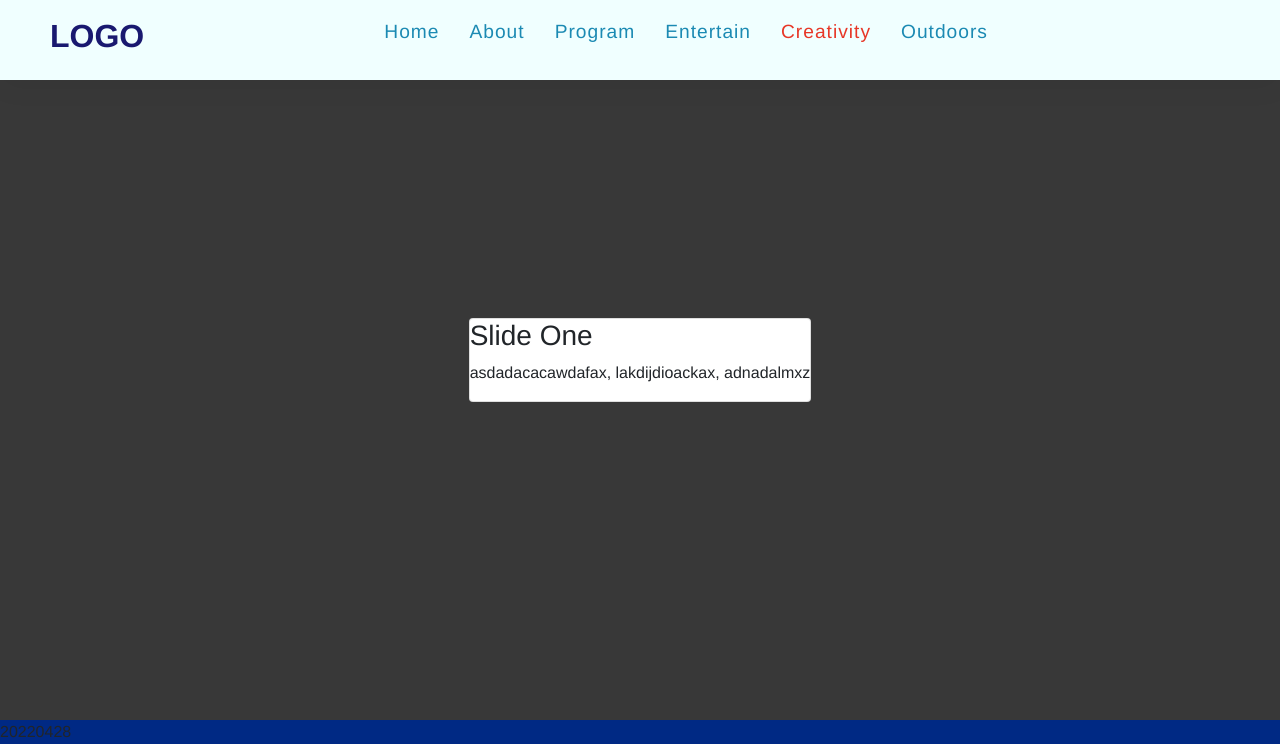
Repository: KevinYu0515/DeadByDaylight-custom-wiki
Page: /creativity
The author's editor kept a copy of each file at every save. The page is drawn from the files as they stood at one save, then again after a run of saves.
The browser window is 1280 px wide. The pictures show the whole page.
Some web libraries are served in a nearby version. The project was rebuilt for these pictures with package versions that can differ from the ones it lists, and the page was loaded fresh each time. Also part of the build but not shown: vite.config.js, vue.config.js, src/views/Home.vue.

Above is the page before, as saved 2022-03-19 20:04:26.

### src/App.vue
<template>
  <div class="app">
    <Navbar></Navbar>
    <router-view />
    <Footer></Footer>
  </div>
</template>

<script>
import Navbar from "./components/Navbar.vue";
import Footer from "./components/Footer.vue";
export default {
  name: "App",
  components: {
    Navbar,
    Footer,
  },
};
</script>

<style>
@import url("https://fonts.googleapis.com/css2?family=Source+Sans+Pro&family=Space+Grotesk&display=swap");
@import url("https://fonts.googleapis.com/css2?family=Fredoka+One&display=swap");
@import url("https://fonts.googleapis.com/css2?family=Rowdies&display=swap");
@import url("https://fonts.googleapis.com/css2?family=Ubuntu&display=swap");
@import url("https://fonts.googleapis.com/css2?family=Quicksand&family=Ubuntu&display=swap");

* {
  margin: 0;
  padding: 0;
  box-sizing: border-box;
  font-family: "Franklin Gothic Medium", "Arial Narrow", Arial, sans-serif;
  scroll-behavior: smooth;
}

.default {
  position: relative;
  display: flex;
  justify-content: center;
  align-items: center;
  min-height: 100vh;
  color: #f5f5f5;
  font-size: 18vw;
  font-weight: 700;
}
</style>

### src/router/index.js

import { createRouter, createWebHistory } from 'vue-router'
import Home from '../views/Home.vue'


const routes = [
  {
    path: '/',
    name: 'Home',
    component:Home
  },
  {
    path: '/home',
    component:Home
  },
  {
    path: '/about',
    name: 'About',
    // route level code-splitting
    // this generates a separate chunk (about.[hash].js) for this route
    // which is lazy-loaded when the route is visited.
    component: () => import(/* webpackChunkName: "about" */ '../views/About.vue'),
    meta: { title:'關於'}
  },
  {
    path:'/program',
    name:'Program',
    component:()=> import('../views/Program.vue')
  },
  {
    path:'/entertain',
    name:'Entertain',
    component:()=> import('../views/Hobby/Entertain.vue')
  },
  {
    path:'/creativity',
    name:'Creativity',
    component:()=> import('../views/Hobby/Creativity.vue')
  },
  {
    path:'/outdoors',
    name:'Outdoors',
    component:()=> import('../views/Hobby/Outdoors.vue')
  },
]

const router = createRouter({
  history: createWebHistory(process.env.BASE_URL),
  routes,
})

export default router

### src/components/Navbar.vue
<template>

    <header :class="{ 'scrolled-nav': scrollNav}">
        <nav>
            <router-link to="/" class="logo">Logo</router-link>
            <ul v-show="!mobile" class="navigation">
                <li><router-link to="/home">Home</router-link> </li>
                <li><router-link to="/about">About</router-link> </li>
                <li><router-link to="/program">Program</router-link> </li>
                <li><router-link to="/entertain">Entertain</router-link> </li>
                <li><router-link to="/creativity">Creativity</router-link> </li>
                <li><router-link to="/outdoors">Outdoors</router-link> </li>
           </ul>
            <div class="navbar_icon">
                <i @click="toggleMobileNav" v-show="mobile" class="fi fi-br-menu-burger" :class="{'icon-active':mobileNav}" ></i>
            </div>
            <transition name='mobile-nav'>
                <ul v-show="mobileNav" class="dropdown-nav">
                    <li><router-link to="/home">Home</router-link> </li>
                    <li><router-link to="/about">About</router-link> </li>
                    <li><router-link to="/program">Program</router-link> </li>
                    <li><router-link to="/entertain">Entertain</router-link> </li>
                    <li><router-link to="/creativity">Creativity</router-link> </li>
                    <li><router-link to="/outdoors">Outdoors</router-link> </li>
                </ul>
            </transition>
        </nav>
      </header>
</template>

<script>
export default {
  name: 'Navbar',
  data() {
      return{
          scrollNav: null,
          mobile: null,
          mobileNav: null,
          windowWidth: null,
      };
    },
    created(){
        window.addEventListener('resize', this.checkScreen);
        this.checkScreen();
    },
    mounted(){
        window.addEventListener('scroll', this.updateScroll);
    },
    methods:{
        toggleMobileNav(){
            this.mobileNav = !this.mobileNav;
        },

        updateScroll(){
            const scrollPosition = window.scrollY;
            if(scrollPosition > 50){
                this.scrollNav = true;
                return;
            }
            this.scrollNav = false;
        },
        checkScreen(){
            this.windowWidth = window.innerWidth;
            if(this.windowWidth <= 850){
                this.mobile = true;
                return
            }
            this.mobile = false;
            this.mobileNav = false;
            return;
        },
    },
};

</script>

<!-- Add "scoped" attribute to limit CSS to this component only -->
<style lang="scss" scoped>
@import '@/assets/scss/navbar.scss'
</style>

### src/components/Footer.vue
<template>
  <div class="footer">20220428</div>
</template>

<script>
export default {
  name: "Footer",
};
</script>

<style lang="scss" scoped>
@import "@/assets/scss/footer.scss";
</style>

### src/views/Hobby/Creativity.vue
<template>
  <div class="creativity">
    <div class="card">
      <div class="sliderText">
        <div class="content">
          <h3>Slide One</h3>
          <p>asdadacacawdafax, lakdijdioackax, adnadalmxz</p>
        </div>
      </div>
    </div>
  </div>
</template>
<!--待續-->

<style scoped lang="scss">
@import "@/assets/scss/hobby/creativity.scss"
</style>

### src/assets/scss/navbar.scss
@import url('https://cdn-uicons.flaticon.com/uicons-bold-rounded/css/uicons-bold-rounded.css');

header{
    position: fixed;
    top: 0;
    right: 0;
    display: flex;
    width: 100%;
    height: 80px;
    justify-content: space-between;
    align-items: center;
    padding: 0px 60px 0 50px;
    background-color:azure;
    box-shadow: 0 5px 30px rgba(0,0,0,0.05);
    z-index: 1000;
    transition: 0.5s ease all;

     nav{
        display: flex;
        position: relative;
        flex-direction: row;
        transition: 0.5s ease all;
        width:90%;
        flex:1;
        margin: 0 auto;
        @media (min-width: 1140px){
            max-widt:1140px;
        }

        .logo{
            color:midnightblue;
            font-weight: 700;
            font-size: 2em;
            text-decoration: none;
            text-transform: uppercase;
            margin: 5px 8px 0 0;
            transition: 0.5s ease all;
        }

        ul  {
            position: relative;
            display: flex;
            flex-direction: row;

            li {
                List-style:none;

                a{
                    color:rgb(27, 138, 179);
                    height:50px;
                    line-height: 50px;
                    display: inline-block;
                    text-decoration: none;
                    font-size: 1.2em;
                    padding: 0 15px;
                    letter-spacing: 1px;
                    cursor: pointer;
                    &:hover{
                        color:aliceblue;
                        background-color: rgb(7, 101, 101);
                    }
                }
                a.router-link-exact-active{
                    color: #e73727;
                }
            }
        }

        .navigation{
            display:flex;
            align-items: center;
            flex:1;
            justify-content: center;
        }



        .navbar_icon{
            display: flex;
            position: absolute;
            top:7px;
            right:24px;
            height:75%;

            i{
                cursor:pointer;
                font-size: 31.35px;
                transition: 0.8s ease all;
            }
        }

        .icon-active{
            transform: rotate(180deg);
        }



        .dropdown-nav{
            display:flex;
            flex-direction:column;
            position: fixed;
            height: 100%;
            width:100%;
            max-width: 250px;
            background: #fff;
            top:0;
            left:0;

            li{
                margin-left: 0;
                .link{
                    color:black;
                }
            }
        }
        .mobile-nav-enter-active,
        .mobile-nav-leave-active{
            transition: 1s ease all;
        }

        .mobile-nav-enter-from,
        .mobile-nav-leave-to{
            transform: translateX(-250px);
        }

        .mobile-nav-enter-to{
            transform: translateX(0);
        }
    }
}

.scrolled-nav{
    background: azure;
    box-shadow: 0 4px 6px -1px rgba(0,0,0,0.05), 0 2px 4px -1px rgba(0,0,0,0.06);
    height: 60px;
}

### src/assets/scss/footer.scss
.footer{
    position: relative;
    height: auto;
    width:100%;
    background: #002984;
}

### src/assets/scss/hobby/creativity.scss
.creativity{
    margin:0;
    padding: 0;
    display: flex;
    justify-content: center;
    align-items: center;
    min-height: 100vh;
    background: #383838;
    .card{
        position: relativ;
    }
}

Loaded but not shown: public/index.html (common file); src/main.js (common file)

After the next 2 saves:
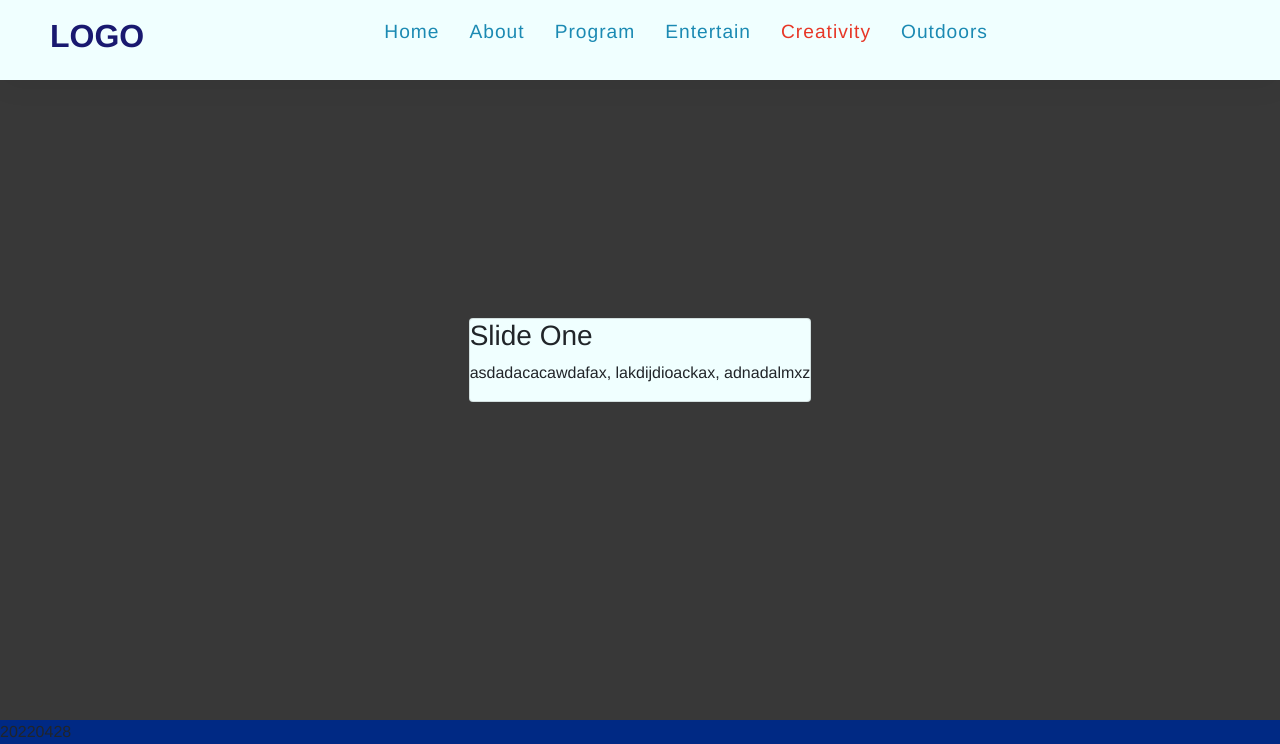
The 2 saves are shown as one change because they came seconds apart.
The last was saved 7 s later.
--- a/src/assets/scss/hobby/creativity.scss
+++ b/src/assets/scss/hobby/creativity.scss
@@ -7,6 +7,8 @@
     min-height: 100vh;
     background: #383838;
     .card{
-        position: relativ;
+        position: relative;
+        background-color: azure;
+
     }
 }
